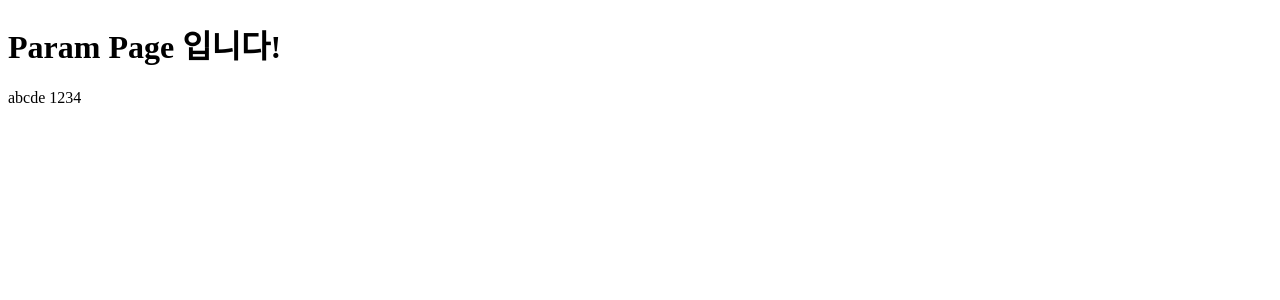
Repository: dkajffkeh/DynamicWebProject
Page: http://localhost/Lec_12_ActionTag/views/include02.jsp
An editor plug-in stored every save of this project. The page is shown before and after the next save, followed by the edit.
The browser window is 1280 px wide. The pictures show the whole page.
The page is served by Tomcat 9.

Above is the page before, as saved 2020-10-08 07:40:08.

After the next save:
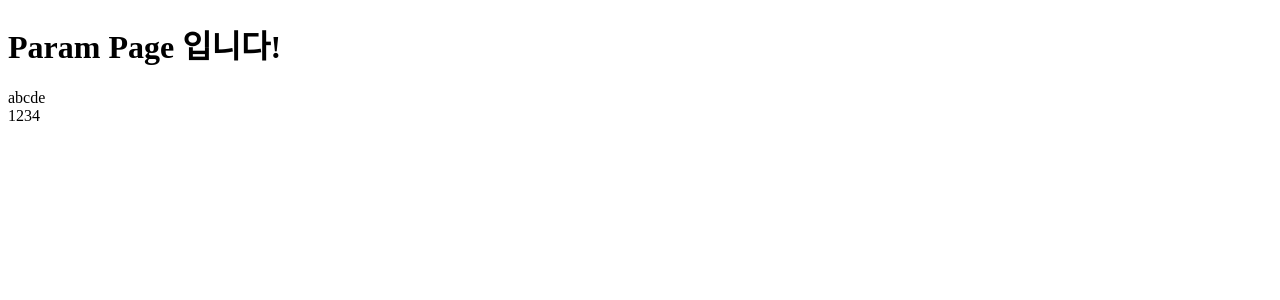
Saved 20 s later.
--- a/Lec_12_ActionTag/WebContent/views/forward_param.jsp
+++ b/Lec_12_ActionTag/WebContent/views/forward_param.jsp
@@ -15,7 +15,7 @@
 	pw= request.getParameter("pw");
 %>
 
-<%= id %>
+<%= id %><br>
 <%= pw %>
 </body>
 </html>
